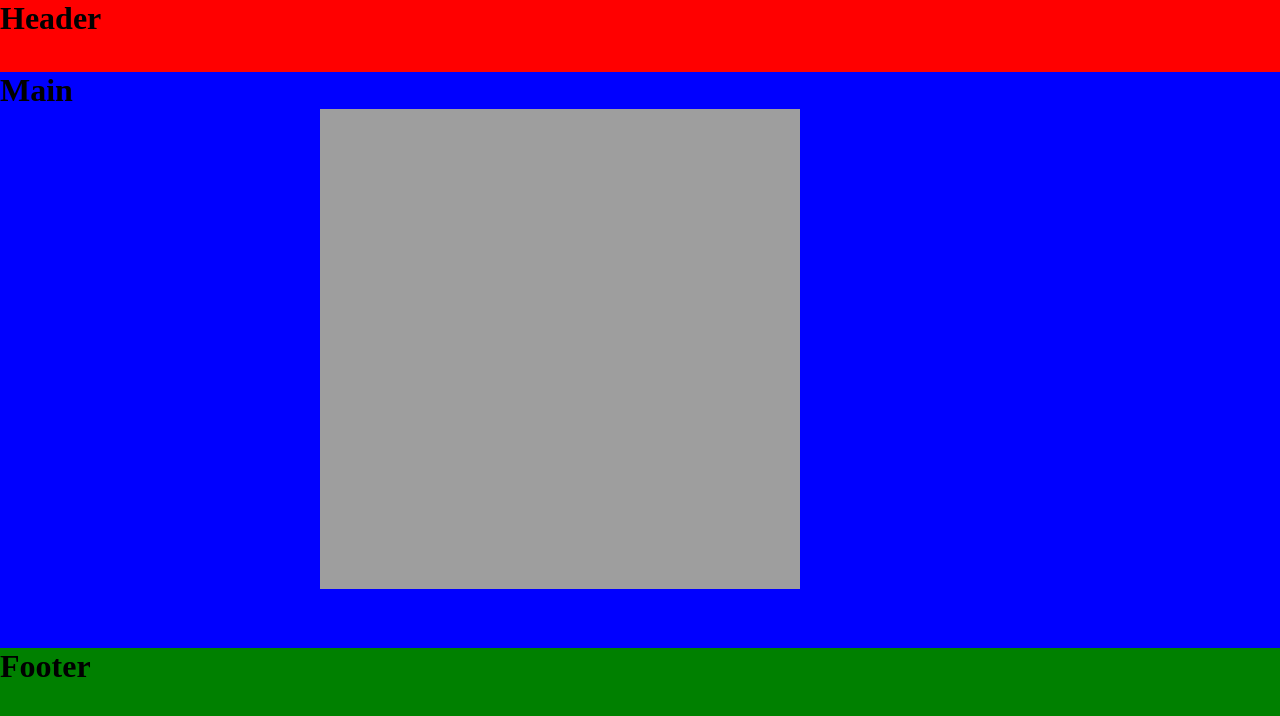
Repository: jameswilky/chess
Page: index.html
An editor plug-in stored every save of this project. The page is shown before and after the next save, followed by the edit.
The browser window is 1280 px wide. The pictures show the whole page.

Above is the page before, as saved 2018-11-22 08:38:36.

After the next save:
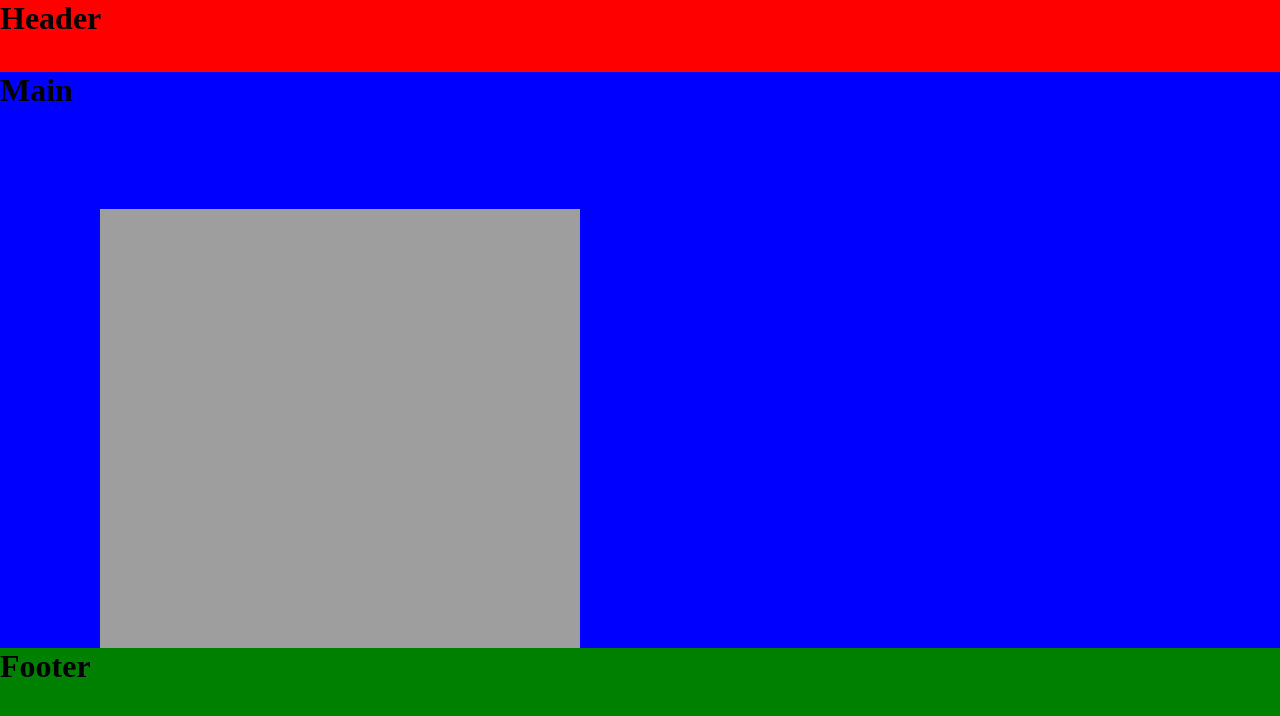
Saved 13 s later.
--- a/style.css
+++ b/style.css
@@ -16,7 +16,7 @@
   position: absolute;
   height: 480px;
   width: 480px;
-  left:25%;
+  margin: 100px;
 }
 
 #board {
